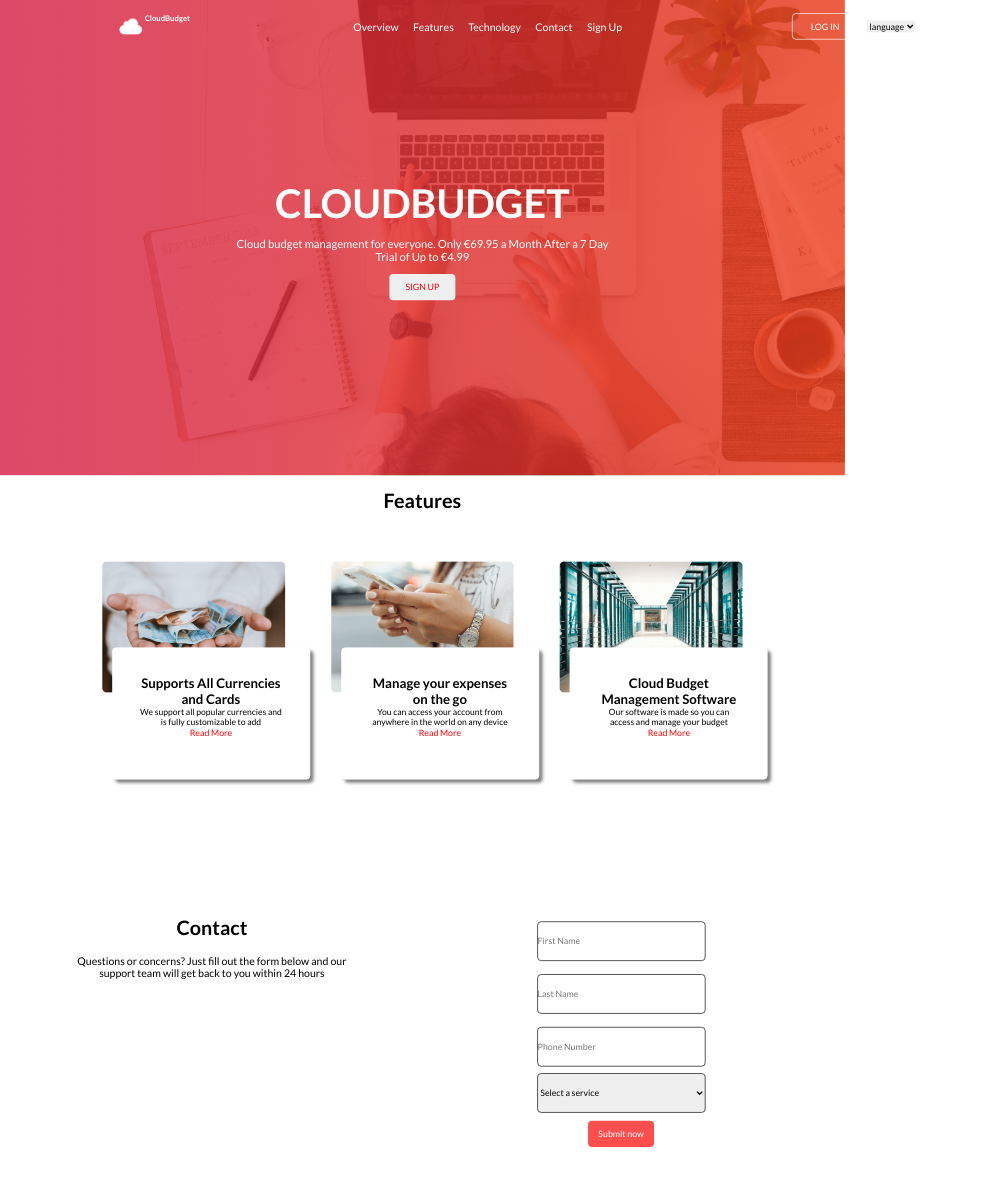
Repository: havvanurrana/website3
Page: index.html
The author's editor kept a copy of each file at every save. The page is drawn from the files as they stood at one save, then again after the next save.
The browser window is 1280 px wide. The page is 1490 px wide, so the pictures cover 1490 px, including what lies to the right of the window. The pictures show the whole page, at 66% of full size.

Above is the page before, as saved 2024-08-02 15:42:29.

After the next save:
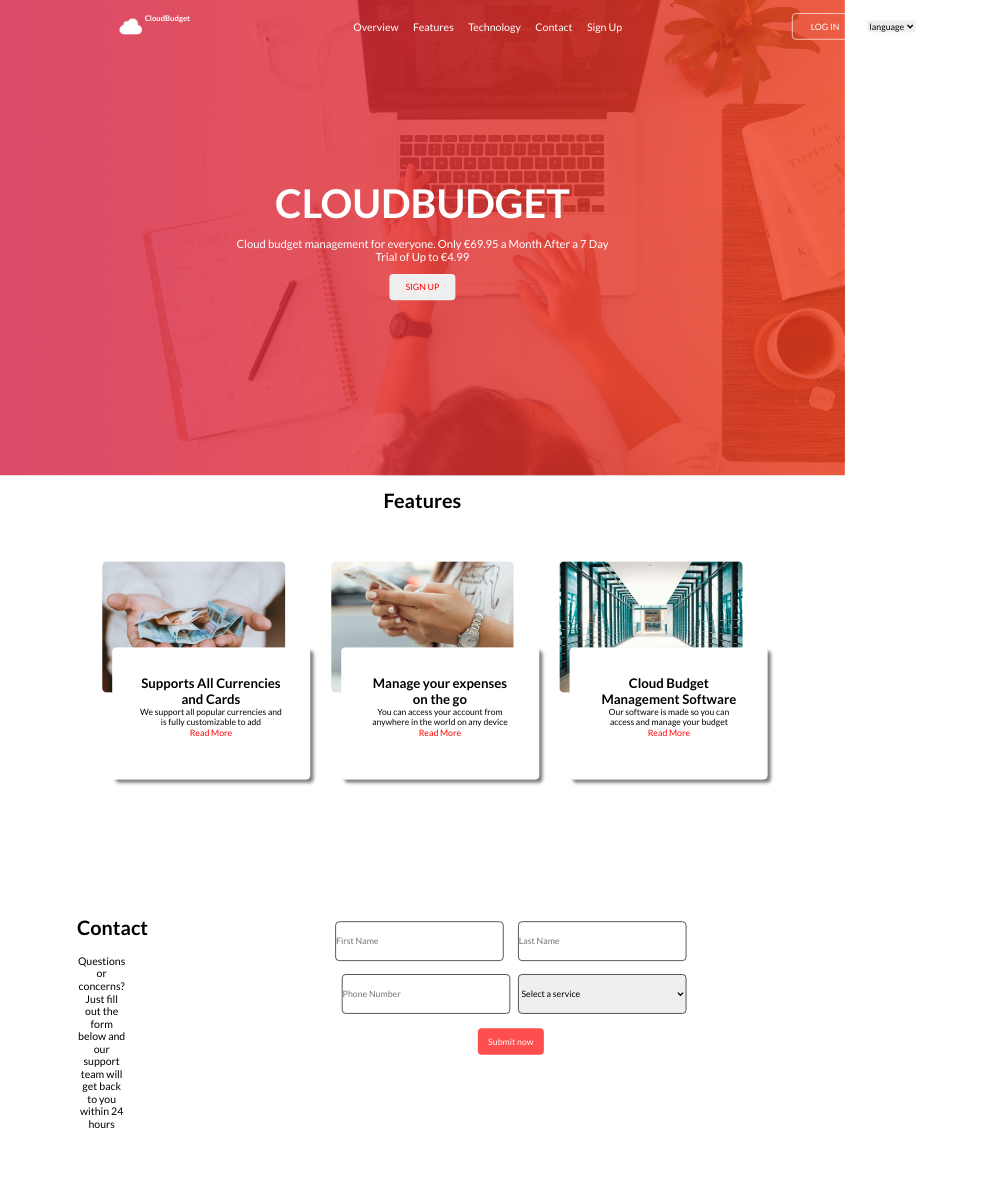
Saved 85 s later.
--- a/style.css
+++ b/style.css
@@ -239,6 +239,10 @@
 }
 .contact p{
    font-size: 16px;
+}
+ .contact .contact-text{
+width: 20%;
+height: 40rem;
 }
 input{
    width: 255px;

After the save that followed:
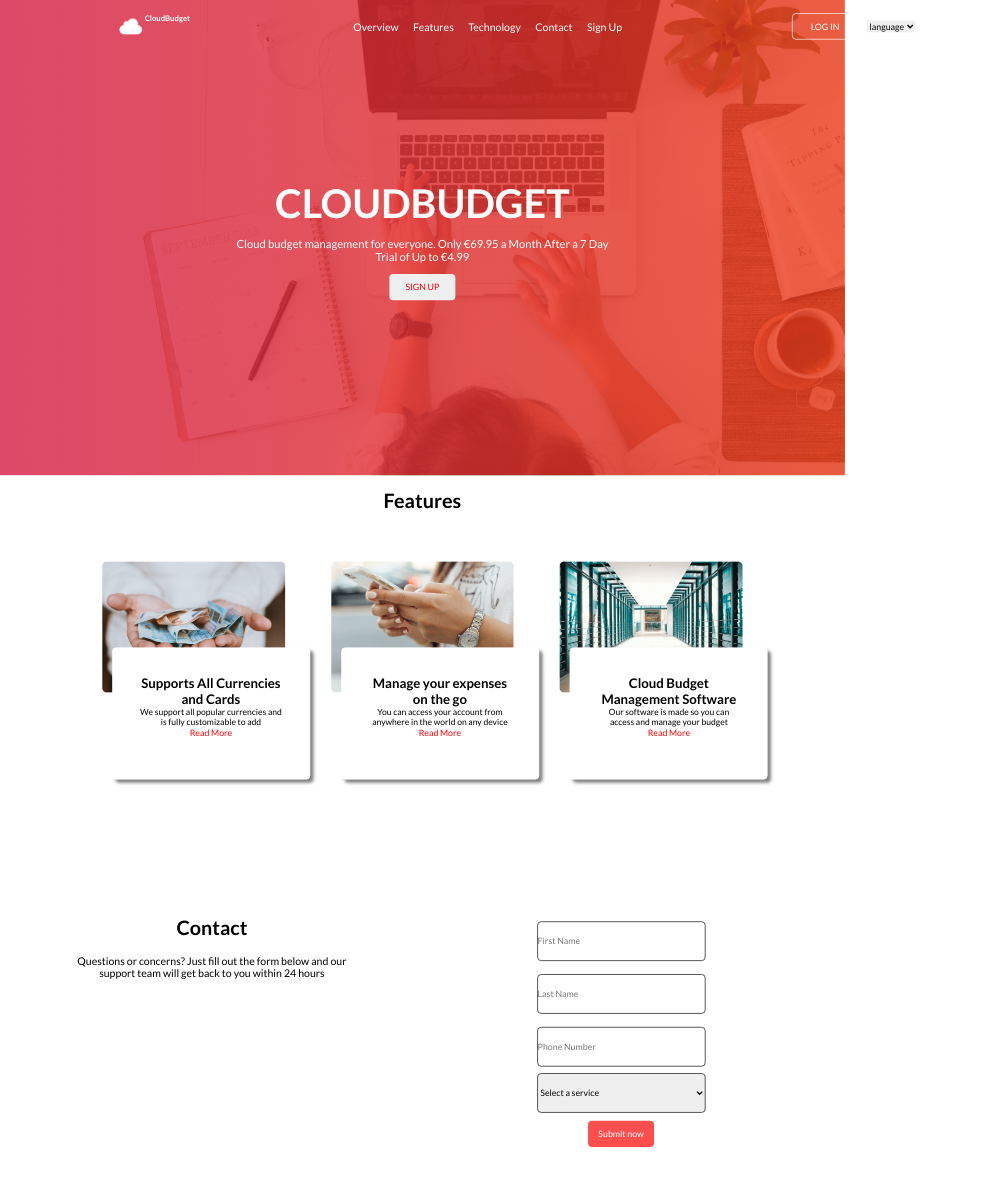
Saved 12 s later.
--- a/style.css
+++ b/style.css
@@ -241,7 +241,7 @@
    font-size: 16px;
 }
  .contact .contact-text{
-width: 20%;
+/*width: 20%;*/
 height: 40rem;
 }
 input{
